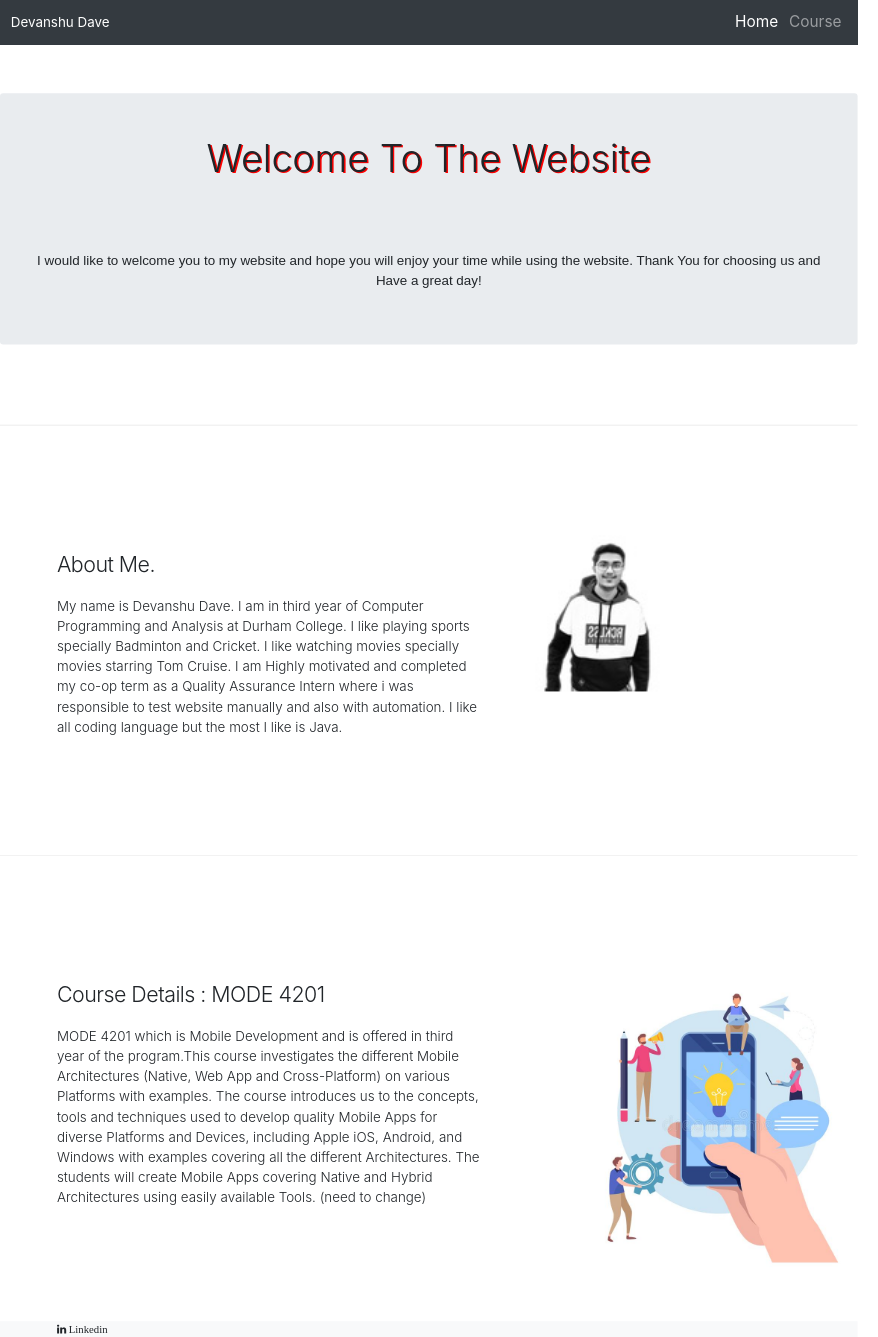
Repository: devanshudave1901/Mobile-Dev-Website
Page: index.html
The author's editor kept a copy of each file at every save. The page is drawn from the files as they stood at one save, then again after the next save.
The browser window is 1280 px wide. The page is 1310 px wide, so the pictures cover 1310 px, including what lies to the right of the window. The pictures show the whole page, at 67% of full size.
Some web libraries are served in a nearby version.

Above is the page before, as saved 2022-10-07 23:36:28.

After the next save:
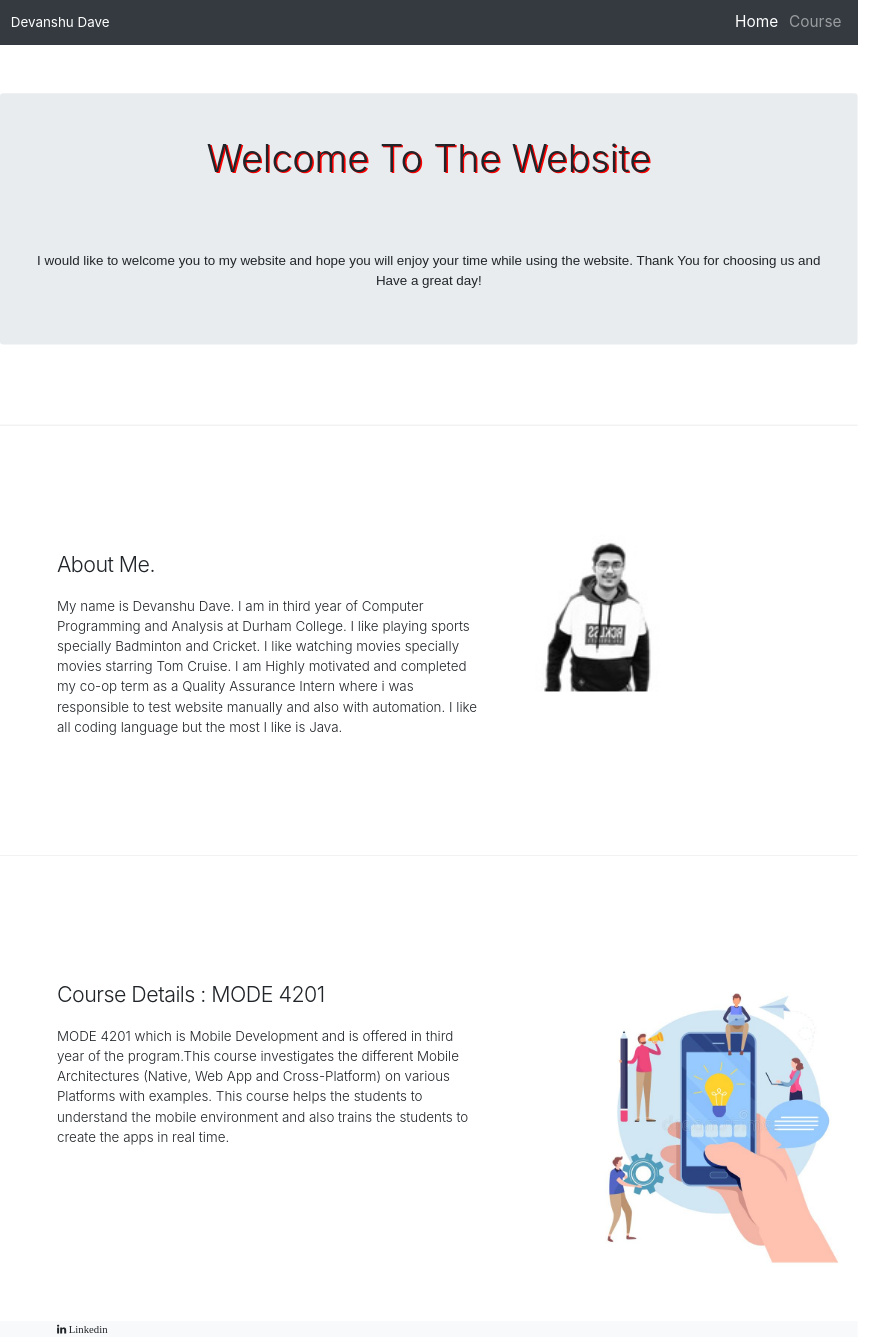
Saved 85 s later.
--- a/index.html
+++ b/index.html
@@ -140,12 +140,9 @@
             MODE 4201 which is Mobile Development and is offered in third year
             of the program.This course investigates the different Mobile
             Architectures (Native, Web App and Cross-Platform) on various
-            Platforms with examples. The course introduces us to the concepts,
-            tools and techniques used to develop quality Mobile Apps for diverse
-            Platforms and Devices, including Apple iOS, Android, and Windows
-            with examples covering all the different Architectures. The students
-            will create Mobile Apps covering Native and Hybrid Architectures
-            using easily available Tools. (need to change)
+            Platforms with examples. This course helps the students to
+            understand the mobile environment and also trains the students to
+            create the apps in real time.
           </p>
         </div>
         <div class="col-md-5 mobileDevProfile">
